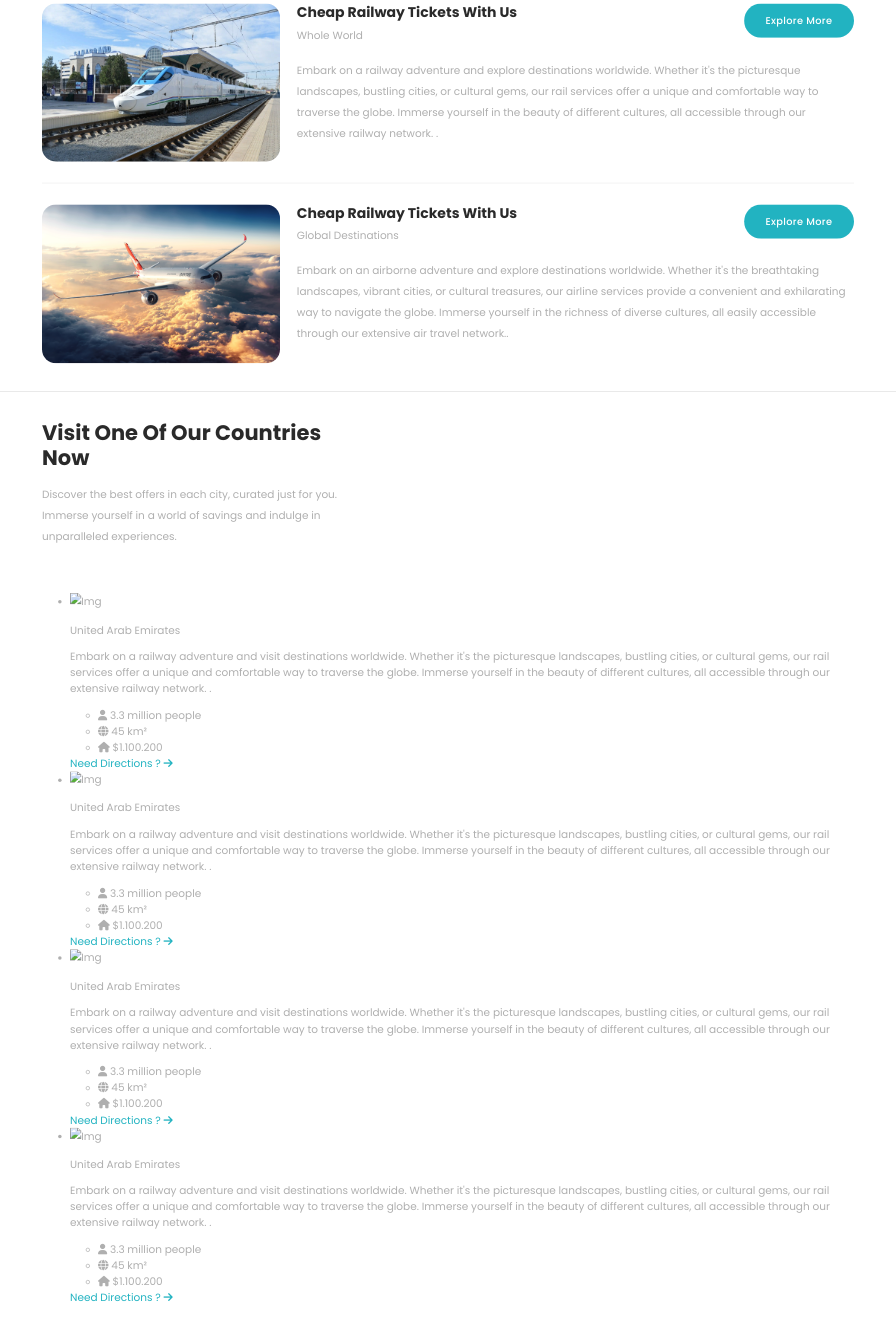
Repository: asadbekdev07/asadbekdev-zamontour-react
Page: /
The author's editor kept a copy of each file at every save. The page is drawn from the files as they stood at one save, then again after the next save.
The browser window is 1280 px wide. The pictures show the part of the page from y = 2410 to 4330 px (the page is 4330 px tall before and 4178 px after), at 70% of full size.
The project was rebuilt for these pictures with package versions that can differ from the ones it lists, and the page was loaded fresh each time. Also part of the build but not shown: vite.config.js.

Above is the page before, as saved 2024-05-26 19:23:19.

### index.html
<!doctype html>
<html lang="en">
  <head>
    <meta charset="UTF-8" />
    <link rel="icon" type="image/svg+xml" href="/vite.svg" />
    <meta name="viewport" content="width=device-width, initial-scale=1.0" />
    <title>Vite + React</title>
    <link rel="stylesheet" href="https://cdnjs.cloudflare.com/ajax/libs/font-awesome/6.5.2/css/all.min.css" integrity="sha512-SnH5WK+bZxgPHs44uWIX+LLJAJ9/2PkPKZ5QiAj6Ta86w+fsb2TkcmfRyVX3pBnMFcV7oQPJkl9QevSCWr3W6A==" crossorigin="anonymous" referrerpolicy="no-referrer" />

  </head>
  <body>
    <div id="root"></div>
    <script type="module" src="/src/main.jsx"></script>
  </body>
</html>

### src/main.jsx
import React from 'react'
import ReactDOM from 'react-dom/client'
import App from './assets/components/App'
import './assets/styles/index.css'
import './i18n'

ReactDOM.createRoot(document.getElementById('root')).render(
  <React.StrictMode>
    <App />
  </React.StrictMode>,
)

### src/assets/components/App.jsx
import Destination from "./Destination"
import Offers from "./Offers"
import SiteHeader from "./Site-header"
import SliderHero from "./Slider-hero"
import Visa from "./Visa"
import Visit from "./Visit"

function App() {

  return (
    <>
      <SiteHeader />
      <SliderHero />
      <Offers />
      <Visa />
      <Destination />
      <Visit />
    </>
  )
}

export default App

### src/i18n.jsx
import i18n from 'i18next';
import { initReactI18next } from 'react-i18next';
import Backend from 'i18next-http-backend';
import laungageDetector from 'i18next-browser-languagedetector';
import enLang from '../public/locales/en.json'
import uzLang from '../public/locales/uz.json'
import ruLang from '../public/locales/ru.json'

i18n
.use(Backend)
.use(laungageDetector)
.use(initReactI18next)
.init({
  fallbackLng: 'en',
  lng: 'en',
  debug: true,
  resources: {
    en:{translation: enLang},
    uz:{translation: uzLang},
    ru:{translation: ruLang}
  }
})

export default i18n;

### src/assets/components/Destination.jsx
import afrasiab from "/img/afr.jpg";
import airplane from "/img/airplane.jpg";

const destinationData = [
  { img: afrasiab, heading: "Cheap Railway Tickets With Us", subheading: "Whole World", text: "Embark on a railway adventure and explore destinations worldwide. Whether it's the picturesque landscapes, bustling cities, or cultural gems, our rail services offer a unique and comfortable way to traverse the globe. Immerse yourself in the beauty of different cultures, all accessible through our extensive railway network. ." },
  { img: airplane, heading: "Cheap Railway Tickets With Us", subheading: "Global Destinations", text: "Embark on an airborne adventure and explore destinations worldwide. Whether it's the breathtaking landscapes, vibrant cities, or cultural treasures, our airline services provide a convenient and exhilarating way to navigate the globe. Immerse yourself in the richness of diverse cultures, all easily accessible through our extensive air travel network.." },
]

const Destination = () => {
  return (
    <section className="destination">
      <div className="container">
        <div className="destination__top">
          <h2 className="destination__top-heading">Explore Destinations With Ease</h2>
          <p className="destination__top-text">Find the best deals on railway and airplane tickets in each city, carefully selected for you.</p>
        </div>

        <ul className="destination__list">
          {destinationData.map((destination, index) =>(
            <li key={index} className="destination__item">
            <img className="destination__img" src={destination.img} alt="Airplane img" width={340} height={228}/>
            <div className="destination__inner">
              <h3 className="destination__inner-heading">{destination.heading}</h3>
              <span className="destination__inner-span">{destination.subheading}</span>
              <div className="button__wrapper">
                <a className="button destination__button" href="#contact">Explore More</a>
              </div>
              <p className="destination__inner-description">{destination.text}</p>
              <a className="button destination__responsive-button" href="#contact">Explore More</a>
            </div>
          </li>
          ))}
        </ul>
      </div>
    </section>
  )
}

export default Destination

### src/assets/components/Offers.jsx
import { Navigation, A11y } from 'swiper/modules';
import { Swiper, SwiperSlide } from 'swiper/react';
import 'swiper/css';
import 'swiper/css/navigation';

import offersFirst from '/img/deals-04.jpg';
import offersSecond from '/img/offers-02.jpg';
import offersThird from '/img/deals-01.jpg';
import offersFourth from '/img/offers-01.jpg';
import usa from '/img/usa1.jpg';
import england from '/img/deals-02.jpg';
import canada from '/img/cand.jpg';
import europe from '/img/europe2.jpg';

const offersData = [
  { img: offersFirst, city: "Istanbul", checkIns: 234, price: 420 },
  { img: offersSecond, city: "Dubai", checkIns: 300, price: 700 },
  { img: offersThird, city: "Antalya", checkIns: 500, price: 999 },
  { img: offersFourth, city: "Sharm El-Sheikh", checkIns: 200, price: 800 },
  { img: usa, city: "USA", checkIns: 400, price: null },
  { img: england, city: "England", checkIns: 234, price: null },
  { img: canada, city: "Canada", checkIns: 345, price: null },
  { img: europe, city: "European Union", checkIns: 345, price: null }
];

const Offers = () => {
  return (
    <div className="offers">
      <div className="container">
        <div className="offers__content">
          <h2 className="offers__title">Best Weekly Offers In Each City</h2>
          <p className="offers__description">Discover the best weekly offers in each city, curated just for you. <br/> Immerse yourself in a world of savings and indulge in unparalleled experiences.</p>
        </div>
        <Swiper
          modules={[Navigation, A11y]}
          spaceBetween={15}
          slidesPerView={3}
          navigation={{ nextEl: '.swiper-button-next', prevEl: '.swiper-button-prev' }}
          loop={true}
          breakpoints={{ // Add breakpoints for adjusting slidesPerView and spaceBetween
            1000: {
              slidesPerView: 3,
              spaceBetween: 15
            },
            700: {
              slidesPerView: 2,
              spaceBetween: 15
            },
            0: {
              slidesPerView: 1,
              spaceBetween: 15
            }
          }}
          onSwiper={(swiper) => console.log(swiper)}
          onSlideChange={() => console.log('slide change')}
        >
          {offersData.map((offer, index) => (
            <SwiperSlide key={index} className='offers__card'>
              <img className='offers__img' src={offer.img} alt={`${offer.city} img`} />
              <div className="offers__card-inner inner">
                <div className="inner__top">
                  <h4>{offer.city}<br/><span><i className="fa fa-users"></i> {offer.checkIns} Check Ins</span></h4>
                  {offer.price && <h6>${offer.price}<br/><span>/person</span></h6>}
                </div>
                <hr className='inner__divider' />
                <ul className='inner__list'>
                  <li className="inner__list-title">Deal Includes:</li>
                  <li><i className="fa fa-taxi"></i> 5 Days Trip, Hotel Included</li>
                  <li><i className="fa fa-plane"></i> Airplane Bill Included</li>
                  <li><i className="fa fa-building"></i> Daily Places Visit</li>
                </ul>
                <a className="button button--wrapper" href="#contact">Make a Reservation</a>
              </div>
            </SwiperSlide>
          ))}
        </Swiper>
        <div className="swiper-buttons">
          <div className="swiper-button-prev"></div>
          <div className="swiper-button-next"></div>
        </div>
      </div>
    </div>
  );
};

export default Offers;

### src/assets/components/Site-header.jsx
import React, { useState } from 'react';
import zamonImg from '/img/zamon.svg';
import { FontAwesomeIcon } from '@fortawesome/react-fontawesome';
import { faBars, faTimes } from '@fortawesome/free-solid-svg-icons';
import { useTranslation } from 'react-i18next';

const SiteHeader = () => {
  const [isMenuOpen, setIsMenuOpen] = useState(false);

  const handleToggle = () => {
    setIsMenuOpen(prevState => !prevState);
  };

  const { t, i18n } = useTranslation();
  const currentLanguage = i18n.language;

  const handleChange = (language) => {
    i18n.changeLanguage(language);
  }

  return (
    <header className={`site-header ${isMenuOpen ? 'is-open' : ''}`}>
      <div className="container site-header__container">
        <a className="site-header__logo-link" href="#">
          <img className='site-header__logo logo' src={zamonImg} alt="Site logo" width={159} height={41} />
        </a>

        <div className="site-header__sitenav">
          <nav className="sitenav">
            <ul className="sitenav__list">
              {/* ITEM  */}
              <li className="sitenav__item">
                <a className='sitenav__link' href="#">{t('home')}</a>
              </li>
              {/* ITEM  */}
              <li className="sitenav__item">
                <a className='sitenav__link' href="#about">{t('about')}</a>
              </li>
              {/* ITEM  */}
              <li className="sitenav__item">
                <a className='sitenav__link' href="tours">{t('tours')}</a>
              </li>
              {/* ITEM  */}
              <li className="sitenav__item">
                <a className='sitenav__link' href="contacts">{t('contacts')}</a>
              </li>
            </ul>
          </nav>

          <ul className="lang">
            {/* ITEM  */}
            <li className="lang__item">
              <a
                className={`lang__link ${currentLanguage === 'en' ? 'selected' : ''}`}
                href="#"
                onClick={(e) => { e.preventDefault(); handleChange('en'); }}
              >
                EN
              </a>
            </li>
            {/* ITEM  */}
            <li className="lang__item">
              <a
                className={`lang__link ${currentLanguage === 'uz' ? 'selected' : ''}`}
                href="#"
                onClick={(e) => { e.preventDefault(); handleChange('uz'); }}
              >
                UZ
              </a>
            </li>
            {/* ITEM  */}
            <li className="lang__item">
              <a
                className={`lang__link ${currentLanguage === 'ru' ? 'selected' : ''}`}
                href="#"
                onClick={(e) => { e.preventDefault(); handleChange('ru'); }}
              >
                РУ
              </a>
            </li>
          </ul>

          <ul className="social">
            {/* ITEM  */}
            <li className="social__item">
              <a className='social__link' href="https://www.instagram.com/zamontour/" target="_blank" rel="noopener noreferrer">
                <i className="fa-brands fa-instagram social__icon"></i>
              </a>
            </li>
            {/* ITEM  */}
            <li className="social__item">
              <a className='social__link' href="https://t.me/zamonbiznestour" target="_blank" rel="noopener noreferrer">
                <i className="fa-brands fa-telegram social__icon"></i>
              </a>
            </li>
          </ul>
        </div>
        <button className='site-header__toggler' onClick={handleToggle}>
          <FontAwesomeIcon icon={isMenuOpen ? faTimes : faBars} size="2x" />
        </button>
      </div>
    </header>
  );
};

export default SiteHeader;

### src/assets/components/Slider-hero.jsx
import React from 'react';
import { Swiper, SwiperSlide } from 'swiper/react';
import 'swiper/css';
import 'swiper/css/pagination';
import 'swiper/css/navigation';


import { Autoplay, Pagination, Navigation } from 'swiper/modules';

import istanbulImg from '/img/istanbul.jpg';
import antalyaImg from '/img/antalya.jpg';
import dubaiImg from '/img/dubai2.jpg';
import sharmImg from '/img/sharm.jpg';

const slidesData = [
  {
    img: istanbulImg,
    city: 'Istanbul',
    population: '15.5 M',
    territory: '5.461 km²',
    avgPrice: '$946.000'
  },
  {
    img: antalyaImg,
    city: 'Antalya',
    population: '1.5 M',
    territory: '1.417 km²',
    avgPrice: '$1.100.200'
  },
  {
    img: dubaiImg,
    city: 'Dubai',
    population: '3.3 M',
    territory: '35 km²',
    avgPrice: '$425.000'
  },
  {
    img: sharmImg,
    city: 'Sharm El-Sheikh',
    population: '0.07 M',
    territory: '45 km²',
    avgPrice: '$165.450'
  }
];

const SlideContent = ({ img, city, population, territory, avgPrice }) => (
  <section className="slider" style={{ backgroundImage: `url(${img})` }}>
    <div className="container slider__container">
      <div className="slider__top">
        <h3 className="slider__top-heading">Take a Glimpse Into The Beautiful City Of:</h3>
        <h2 className="slider__top-city">{city}</h2>
        <a className="button button--cta" href="#contact">Go There</a>
      </div>
      <div className="slider__bottom">
        <ul className="slider__bottom-list list">
          <li className="list__item">
            <div className="list__item-inner">
              <i className="fa fa-user"></i>
              <h4 className="list__subheading">
                <span>Population:</span><br />{population}
              </h4>
            </div>
          </li>
          <li className="list__item">
            <div className="list__item-inner">
              <i className="fa fa-globe"></i>
              <h4 className="list__subheading">
                <span>Territory:</span><br />{territory}
              </h4>
            </div>
          </li>
          <li className="list__item">
            <div className="list__item-inner">
              <i className="fa fa-home"></i>
              <h4 className="list__subheading">
                <span>Avg Price:</span><br />{avgPrice}
              </h4>
            </div>
          </li>
          <div className="list__item-inner">
            <a className="button" href="#contact">Explore More</a>
          </div>
        </ul>
      </div>
    </div>
  </section>
);

export default function SliderHero() {
  return (
    <Swiper
      spaceBetween={5}
      centeredSlides={true}
      autoplay={{
        delay: 5500,
        disableOnInteraction: false,
      }}
      pagination={{
        clickable: true,
      }}
      loop={true}
      navigation={false}
      modules={[Autoplay, Pagination, Navigation]}
      className="mySwiper"
    >
      {slidesData.map((slide, index) => (
        <SwiperSlide key={index}>
          <SlideContent {...slide} />
        </SwiperSlide>
      ))}
    </Swiper>
  );
}

### src/assets/components/Visa.jsx
import React from 'react';
import { Navigation, A11y } from 'swiper/modules';
import { Swiper, SwiperSlide } from 'swiper/react';
import 'swiper/css';
import 'swiper/css/navigation';

import china from '/img/china.jpg';
import hongkong from '/img/hongkong.jpg';
import europe from '/img/europe.jpeg';
import india from '/img/india.jpg';
import japan from '/img/japan.jpg';
import saudi from '/img/saudi.jpg';
import oman from '/img/oman.jpg';

const offersData = [
  { img: china, city: "China", checkIns: 274 },
  { img: hongkong, city: "Hong Kong", checkIns: 350 },
  { img: europe, city: "European (Schengen)", checkIns: 453 },
  { img: india, city: "India", checkIns: 220 },
  { img: japan, city: "Japan", checkIns: 442 },
  { img: saudi, city: "Saudi Arabia", checkIns: 424 },
  { img: oman, city: "Oman", checkIns: 389 }
];

const Visa = () => {
  return (
    <div className="visa">
      <div className="container">
        <div className="visa__content">
          <h2 className="visa__title">Visa Support</h2>
          <p className="visa__description">
          Experience stress-free travel with our expert visa support. <br/> We provide seamless assistance and comprehensive guidance, ensuring a smooth journey.
          </p>
        </div>
        <Swiper
          modules={[Navigation, A11y]}
          spaceBetween={15}
          slidesPerView={3}
          navigation={{ nextEl: '.swiper-button-next', prevEl: '.swiper-button-prev' }}
          loop={true}
          breakpoints={{
            1000: {
              slidesPerView: 3,
              spaceBetween: 15
            },
            700: {
              slidesPerView: 2,
              spaceBetween: 15
            },
            0: {
              slidesPerView: 1,
              spaceBetween: 15
            }
          }}
          onSwiper={(swiper) => console.log(swiper)}
          onSlideChange={() => console.log('slide change')}
        >
          {offersData.map((offer, index) => (
            <SwiperSlide key={index} className='visa__card'>
              <img className='visa__img' src={offer.img} alt={`${offer.city} img`} />
              <div className="visa__card-inner inner">
                <div className="inner__top">
                  <h4>{offer.city}<br /><span><i className="fa fa-users"></i> {offer.checkIns} Check Ins</span></h4>
                </div>
                <hr className='inner__divider' />
                <ul className='inner__list'>
                  <li className="inner__list-title">Benefits of our Visa Support service:</li>
                  <li><i className="fa fa-tags"></i> Best Prices</li>
                  <li><i className="fa fa-clock"></i> Short Processing Time</li>
                  <li><i className="fa fa-check"></i> Trustworthy Assistance</li>
                </ul>
                <a className="button button--wrapper" href="#contact">Make a Reservation</a>
              </div>
            </SwiperSlide>
          ))}
        </Swiper>
        <div className="swiper-buttons">
          <div className="swiper-button-prev"></div>
          <div className="swiper-button-next"></div>
        </div>
      </div>
    </div>
  );
};

export default Visa;

### src/assets/components/Visit.jsx
import dubai from "/img/dubai2.jpg";
import antalya from "/img/country-02.jpg";
import sharm from "/img/sharm2.jpg";
import istanbul from "/img/istanbul3.jpg";

const visitData = [
  { img: dubai, city: "Dubai", country: "United Arab Emirates", description: "Dubai is a city and emirate in the United Arab Emirates known for luxury shopping, ultramodern architecture and a lively nightlife scene. Burj Khalifa, an 830m-tall tower, dominates the skyscraper-filled skyline. At its foot lies Dubai Fountain, with jets and lights choreographed to music. On artificial islands just offshore is Atlantis, The Palm, a resort with water and marine-animal parks.", population: "3.3 million", territory: "35km²", avgPrice: "$425.000" },
  { img: antalya, city: "Antalya", country: "Turkiye", description: "Antalya is the fastest-growing city in Turkey, and tourists from around the world are discovering its fabulous mix of great beaches and traditional Turkish culture. Kids will love the Beach Park, which features Aqua Land (a waterslide-fanatic's dream) and Dolphin Land (home to dolphins, sea lions and white whales). Make sure to explore the old town center and to see Hadrian's Gate.", population: "1.5 million", territory: "1.417 km²", avgPrice: "$1.100.200" },
  { img: sharm, city: "Sharm El-Sheikh", country: "Egypt", description: "Sharm El Sheikh is the center of tourism action in Sinai Peninsula and it has the world top diving sites. Specially the underwater wonders of Ras Mohammed national park that took Sharm city to whole different level. The city has diving and shipwreck sites that attract both advanced and recreational divers from around the world to discover the un parallel marine life deep down the red sea.", population: "0.07 million", territory: "45km²", avgPrice:"$165.45" },
  { img: istanbul, city: "Istanbul", country: "Turkiye", description: "Istanbul is the most populous city in Turkey and its cultural, economic and historic center. It is located in north-western part of Turkey, divided into European and Asian side by Bosphorus, which connects the Sea of Marmara and Black Sea. It is the only city in the world that sits on two continents.", population: "15.5 million", territory: "5.461 km²", avgPrice: "$946.000" }
];

const Visit = () => {
  return (
    <section className="visit">
      <div className="container">
      <div className="visit__content">
        <h2 className="visit__heading">Visit One Of Our Countries Now</h2>
        <p className="visit__description">Discover the best offers in each city, curated just for you. Immerse yourself in a world of savings and indulge in unparalleled experiences.</p>
      </div>

      <ul className="visit__list">
        {visitData.map((visit, index) => (
          <li key={index} className="visit__item">
          <img className="visit__img" src={visitData.img} alt="Img" width={340} height={228} />
          <div className="visit__inner">
            <h3 className="visit__inner-heading">{visitData.city}</h3>
            <span className="visit__inner-span">United Arab Emirates</span>
            <div className="button__wrapper button__wrapper--visit">
              <a className="button" href="#contact">Explore More</a>
            </div>
            <p className="visit__inner-description">Embark on a railway adventure and visit destinations worldwide. Whether it&apos;s the picturesque landscapes, bustling cities, or cultural gems, our rail services offer a unique and comfortable way to traverse the globe. Immerse yourself in the beauty of different cultures, all accessible through our extensive railway network. .</p>

            <ul className="info">
              <li><i className="fa fa-user"></i> 3.3 million people</li>
              <li><i className="fa fa-globe"></i> 45 km&#178;</li>
              <li><i className="fa fa-home"></i> $1.100.200</li>
            </ul>

            <div>
              <a className="button--arrow" href="#contact">Need Directions ? <i className="fa fa-arrow-right"></i></a>
            </div>
            </div>
          </li>
        ))}
      </ul>
      </div>
    </section>
  )
}

export default Visit

Loaded but not shown: public/locales/uz.json (12 lines, source omitted); public/locales/en.json (12 lines, source omitted); public/locales/ru.json (12 lines, source omitted); src/assets/styles/index.css (1008 lines, source omitted)

After the next save:
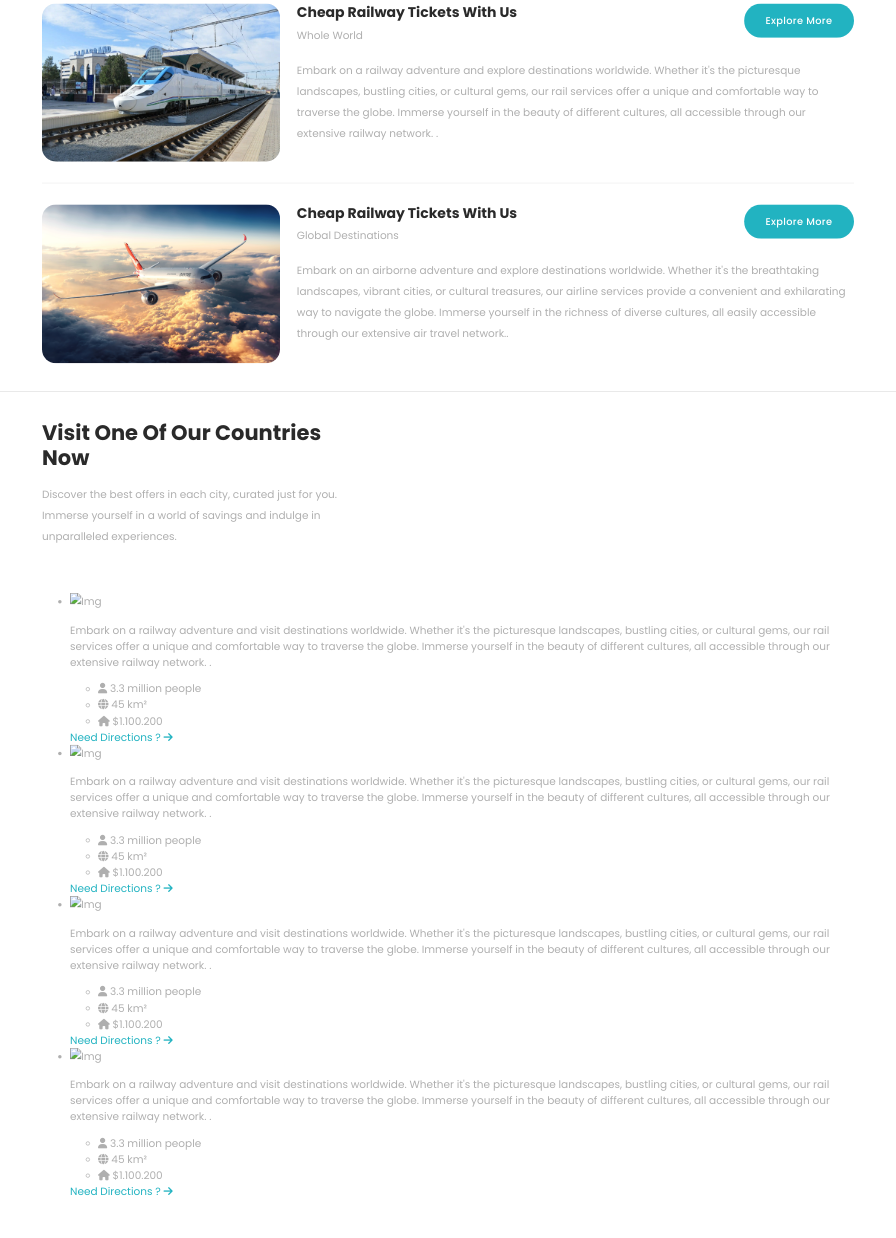
Saved 99 s later.
--- a/src/assets/components/Visit.jsx
+++ b/src/assets/components/Visit.jsx
@@ -25,7 +25,7 @@ const Visit = () => {
           <img className="visit__img" src={visitData.img} alt="Img" width={340} height={228} />
           <div className="visit__inner">
             <h3 className="visit__inner-heading">{visitData.city}</h3>
-            <span className="visit__inner-span">United Arab Emirates</span>
+            <span className="visit__inner-span">{visitData.country}</span>
             <div className="button__wrapper button__wrapper--visit">
               <a className="button" href="#contact">Explore More</a>
             </div>
